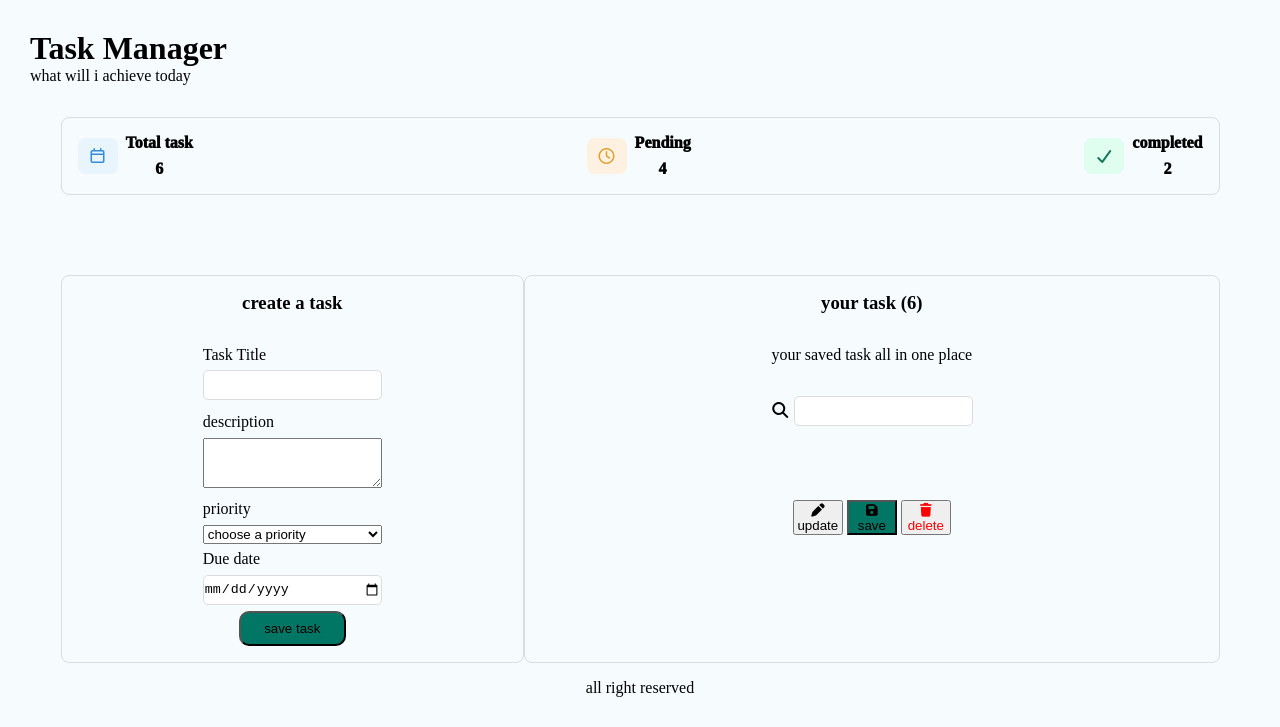
Repository: XDENTERTAINMENT/task-manager-groupwork
Page: index.html
An editor plug-in stored every save of this project. The page is shown before and after the next save, followed by the edit.
The browser window is 1280 px wide. The pictures show the whole page.

Above is the page before, as saved 2026-10-30 21:22:07.

### index.html
<!doctype html>
<html lang="en">
  <head>
    <meta charset="UTF-8" />
    <meta name="viewport" content="width=device-width, initial-scale=1.0" />
    <title>Personal-Task-Manager</title>
    <link
      rel="stylesheet"
      href="https://cdnjs.cloudflare.com/ajax/libs/font-awesome/7.3.1/css/all.min.css"
      integrity="sha512-QeR2VH+lsBE5LSAe1Q5EnTBbe7XTBubt8dG93Y7gidSgdMCr8nVqKcfKAMyN96SV8KDbZVTDXChatu5G2KQGzg=="
      crossorigin="anonymous"
      referrerpolicy="no-referrer"
    />
    <link rel="stylesheet" href="style.css" />
  </head>
 <body>
    <header>
      <h1>Task Manager</h1>
      <p>what will i achieve today</p>
    </header>
    <!-- the main -->
    <main>
      <section class="section1">
        <div>
          <div class="icon1"><i class="fa-regular fa-calendar"></i></div>
          <div class="section-1-child">
            <p>Total task</p>
            <p id="total-task">6</p>
          </div>
        </div>

        <div>
          <div class="icon2"><i class="fa-regular fa-clock"></i></div>
          <div class="section-1-child">
            <p>Pending</p>
            <p id="pending-task">4</p>
          </div>
        </div>

        <div>
          <div class="icon3"><i class="fa-solid fa-check"></i></div>
          <div class="section-1-child">
            <p>completed</p>
            <p id="completed-task">2</p>
          </div>
        </div>
      </section>

      <!-- section 2 -->
      <section class="section2">
        <!-- the create task section -->
        <div class="create-tax">
          <h3>create a task</h3>

          <form id="taskform">
            <label for="tasktitle">
              Task Title
            </label>
            <input type="text" id="taskTitle" />
            <p  class="errormsg" id="titleError"></p>

            <label for="taskdesc">
              description
            </label>
            <textarea class="textarea" id="taskDesc"></textarea>
            <p  class="errormsg"  id="descError"></p>

            <label for="priority">
              priority
            </label>
            <select id="choose">
                <option value="">choose a priority</option>
                <option value="High">High</option>
                <option value="Medium">Medium</option>
                <option value="low">low</option>
              </select>

            <label for="date">
              Due date
            </label>
            <input id="dateId" type="date"/>

            <button    type="submit"   class="form-button" >save task</button>
          </form>
        </div>

        <!-- task mapping -->

        <div class="task-mapping">
          <h3>your task (6)</h3>
          <p>your saved task all in one place</p>
          <div>
            <i class="fa-solid fa-magnifying-glass"></i>
            <input type="search" />
          </div>

          <!-- the card -->
          <div class="card">
            <!-- <input type="checkbox" /> -->
            <div id="container"  class="containers"></div>

          </div>
          <!-- the inline editing -->
          <div class="inline-button">
            <button>
              <div><i class="fa-solid fa-pen"></i></div>
              update
            </button>
            <button class="save">
              <div><i class="fa-solid fa-floppy-disk"></i></div>
              save
            </button>
            <button class="delete">
              <div class="trash"><i class="fa-solid fa-trash"></i></div>
              delete
            </button>
          </div>
        </div>
      </section>
    </main>

    <!-- the footer -->
    <footer>all right reserved</footer>

    <script src="script.js"></script>
  </body>
</html>

### style.css
* {
  margin: 0;
  padding: 0;
  box-sizing: border-box;
}

body {
  background-color: #f6fbfe;
  padding: 30px;
}

section {
  width: 95%;
}

main {
  display: flex;
  flex-direction: column;
  align-items: center;
}

.section1 {
  display: flex;
  flex-direction: row;
  justify-content: space-between;
  margin-top: 2rem;
   border: 1px solid gainsboro;
  padding: 1rem;
  border-radius: 8px;
}

.section2 {
  display: flex;
  justify-content: space-between;
  margin-top: 5rem;
}
/* .section2 div{
 background-color:#fdfdfd;
} */

input {
  border-radius: 5px;
  height: 30px;
   border: 1px solid gainsboro;
}

.textarea{
    height: 50px;
   overflow-y: auto;
  white-space: pre-wrap;
}
form {
  display: grid;
  gap: 0.4rem;
}

.form-button {
  display: flex;
  flex-direction: column;
  background-color: #017664;
  border-radius: 10px;
  width: 60%;
  justify-content: center;
  height: 35px;
  align-items: center;
  justify-self: center;
}

.save {
  background-color: #017664;
}

.inline-button {
  padding: 10px;
}
.inline-button button {
  height: 35px;
  width: 50px;
}


.task-container {
  display: grid;
}

.task-mapping {
  align-items: center;
  display: flex;
  flex-direction: column;
  gap: 2rem;
  border: 1px solid gainsboro;
  padding: 1rem;
  border-radius: 8px;
  width: 60%;
}

.create-tax {
  align-items: center;
  display: flex;
  flex-direction: column;
  gap: 2rem;
  border: 1px solid gainsboro;
  padding: 1rem;
  border-radius: 8px;
  width: 40%;
}

.section1 div {
  display: flex;
  gap: 0.5rem;
  border-radius: 8px;
  font-weight: 1000;
  align-items: center;
}



.section-1-child {
  display: flex;
  flex-direction: column;
}

.icon1 {
  background-color: #e8f5fc;
  color: #358cda;
  padding: 10px;
}

.icon2 {
  background-color: #fef1e1;
  color: #e19f2e;
  padding: 10px;
}
.icon3 {
  background-color: #dffeef;
  color: #13775b;
  padding: 10px;
}

.trash{
    color:red;
}
.delete{
    color:red;
}

.containers{
 display: grid;
 grid-template-columns: repeat(2,1fr);
 gap:10px;
  width: 20%;

}

.taskmapping{

  display: grid;
 grid-template-columns: repeat(2,1fr);
 gap:1px;
 border: 1px solid gainsboro;
 padding: 10px;
 text-align: center;


}

/* task card data */

.title{

  border: 1px solid gainsboro;
}
.description{
 border: 1px solid gainsboro;
}
.priority{
border: 1px solid gainsboro;
}
.date{
border: 1px solid gainsboro;
}


footer {
  margin-top: 1rem;
  text-align: center;
}


.errormsg{
  color:red;
}

/* mobile styling */

@media (max-width: 600px) {
   header{
      text-align: center;
   }
  .section1 div {
  display: flex;
  flex-direction:column ;
}

  .section2 {
    display: flex;
    flex-direction: column;
  }

  .create-tax {
    width: 100%;
    align-items: center;
  }

  .task-mapping {
    margin-top: 20px;
    width: 100%;
    align-items: center;
  }



}

### script.js
const taskForm = document.getElementById("taskform");
const taskTitleInput = document.getElementById("taskTitle");
const taskDescInput = document.getElementById("taskDesc");
const titleError = document.getElementById("titleError");
const descError = document.getElementById("descError");
const choose = document.getElementById("choose");
const  date  = document.getElementById("dateId");
const container = document.getElementById("container");

const handleSubmit = (e) => {
  e.preventDefault();

  const task = {
    titles: taskTitleInput.value.trim(),
    description: taskDescInput.value.trim(),
    level: choose.value,
    time:date.value,
  };

  console.log(task);

  const { titles, description } = task;

  titleError.textContent = "";
    descError.textContent = "";

  if (titles === "") {
    titleError.textContent = "input can not be empty";
  } else if (titles.length < 5) {
    titleError.textContent = "characters should not be less than 5";
  } else if (description === "") {
    descError.textContent = " input can not be empty";
  } else if (description.length < 10) {
    descError.textContent = "characters should not be less than 10";
  } else {
    saveTask(task);
  renderTask();
  }

    /*taskForm.reset()*/

};

function saveTask(task) {
  const tasks = JSON.parse(localStorage.getItem("Mytask")) || [];
  tasks.push(task);
  localStorage.setItem("Mytask", JSON.stringify(tasks));
}

function getTask() {
  return JSON.parse(localStorage.getItem("Mytask")) || [];
}

function clearData(){
  localStorage.clear(task);
}

function renderTask() {
  const render = getTask();

  const validTasks = render.filter(data => data !== null);

  container.innerHTML = validTasks.map(data => `<div class="taskmapping">
   <div>
   <p>Title</p>
    <h3 class=title>${data.titles}</h3>
    </div>
   <div>
   <p>Description</p>
    <p class="description">${data.description}</p>
   </div>
   <div>
   <p>Priority</p>
    <p  class="priority">${data.level}</p>
   </div>
   <div>
   <p>Due date</p>
    <p  class="date">${data.time}</p>
   </div>




  </div>`).join("");
  return validTasks;
}


console.log(renderTask)
taskForm.addEventListener("submit", handleSubmit);

After the next save:
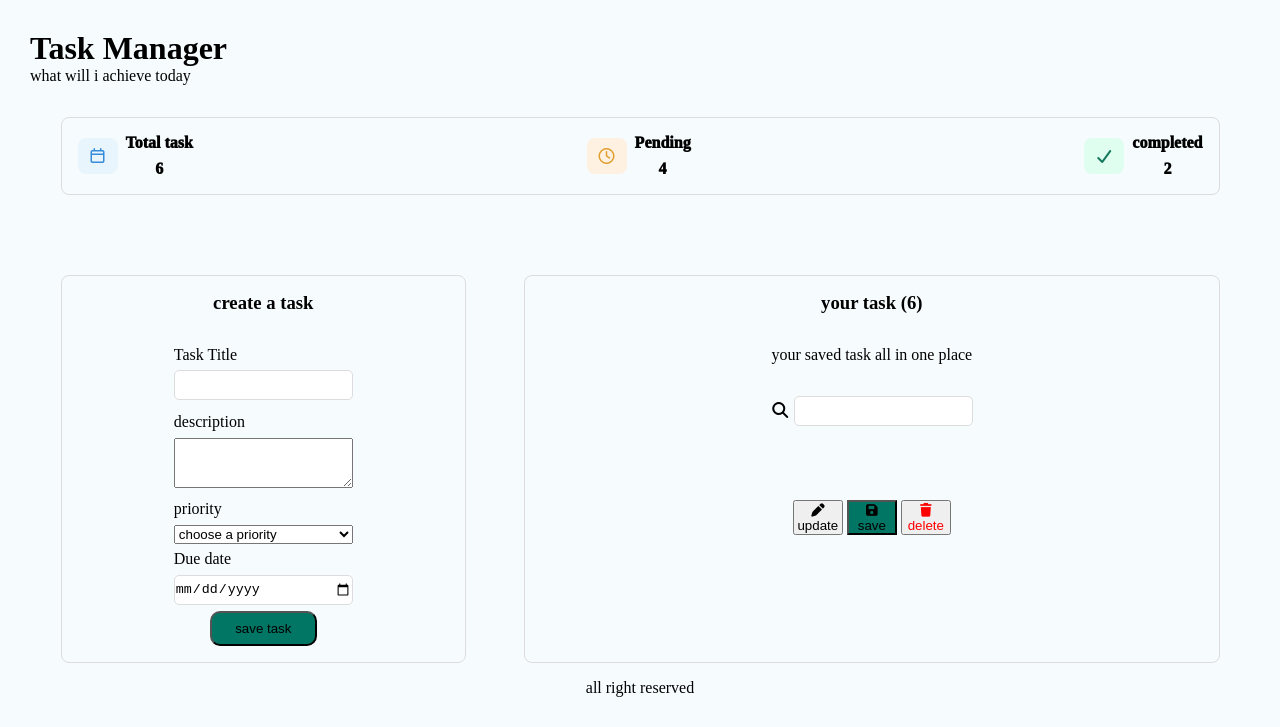
Saved 10 s later.
--- a/style.css
+++ b/style.css
@@ -102,7 +102,7 @@ form {
   border: 1px solid gainsboro;
   padding: 1rem;
   border-radius: 8px;
-  width: 40%;
+  width: 35%;
 }
 
 .section1 div {
